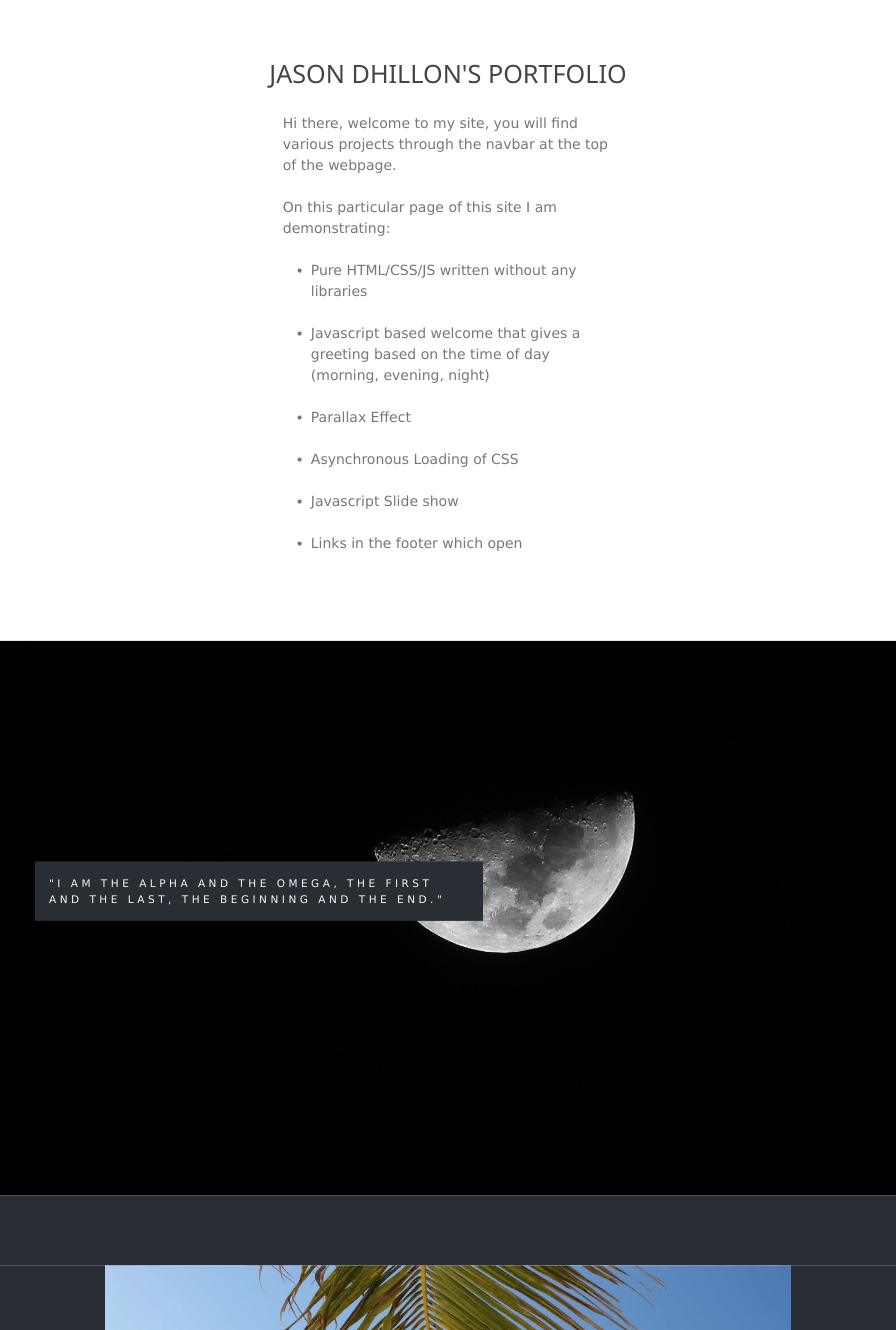
Repository: Jasondhillon/jasondhillon.github.io
Page: index.html
The author's editor kept a copy of each file at every save. The page is drawn from the files as they stood at one save, then again after the next save.
The browser window is 1280 px wide. The pictures show the part of the page from y = 792 to 2692 px (the page is 4111 px tall), at 70% of full size.
Backgrounds fixed to the window are drawn as part of the page.

Above is the page before, as saved 2020-04-07 17:32:51.

After the next save:
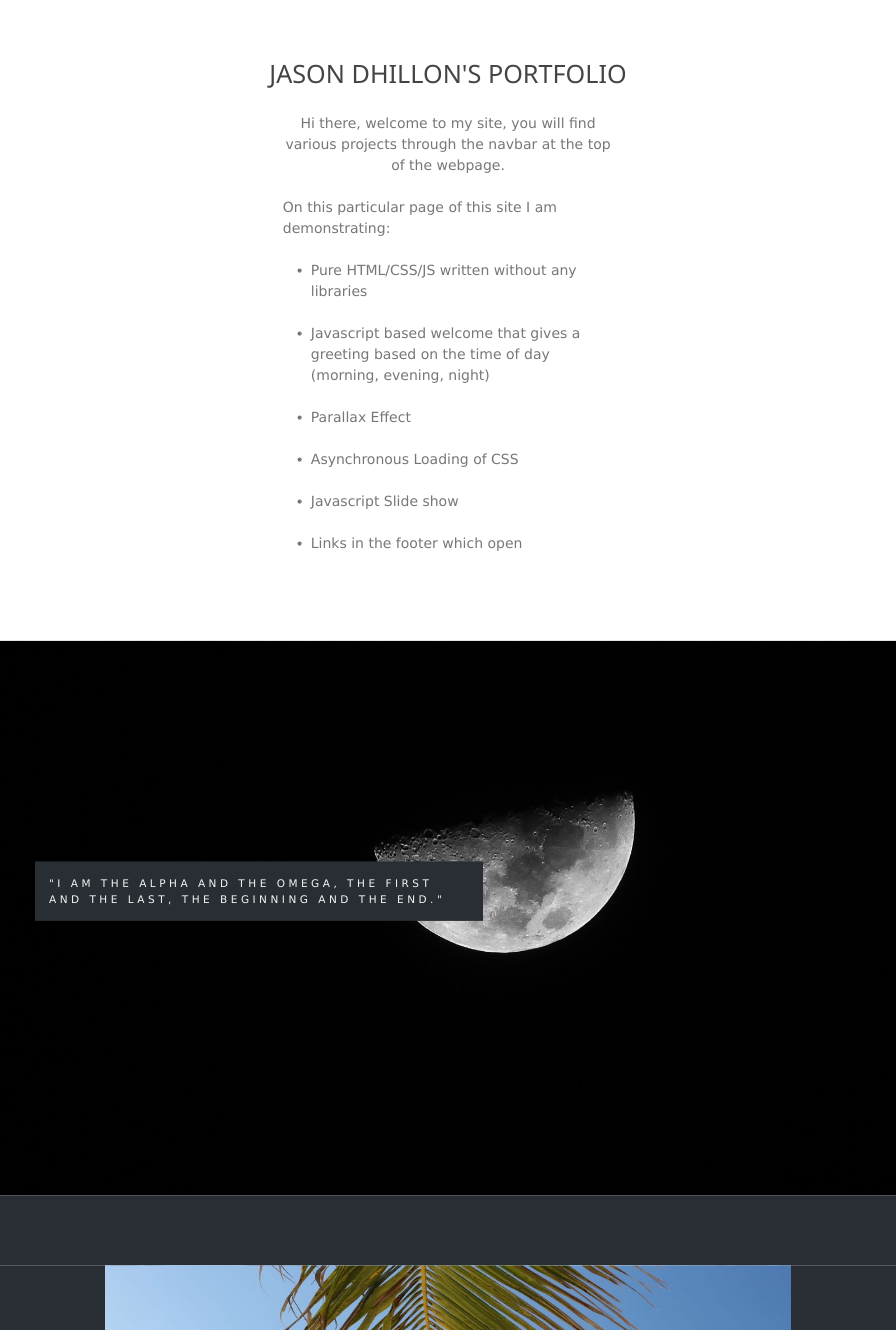
Saved 22 s later.
--- a/index.html
+++ b/index.html
@@ -200,8 +200,8 @@
 <!-- Quote  -->
   <div style="background-color: white; padding: 80px 50px; line-height: 30px;">
     <h1 style="text-align: center; color: #444; text-transform: uppercase;">Jason Dhillon's Portfolio </h1>
-    <div style="text-align: center;">
-    <p id="quote">
+    <div >
+    <p id="quote" style="text-align: center;">
       Hi there, welcome to my site, you will find various projects through the navbar at the top of the webpage.</p>
       <p id="quote">
         On this particular page of this site I am demonstrating:
